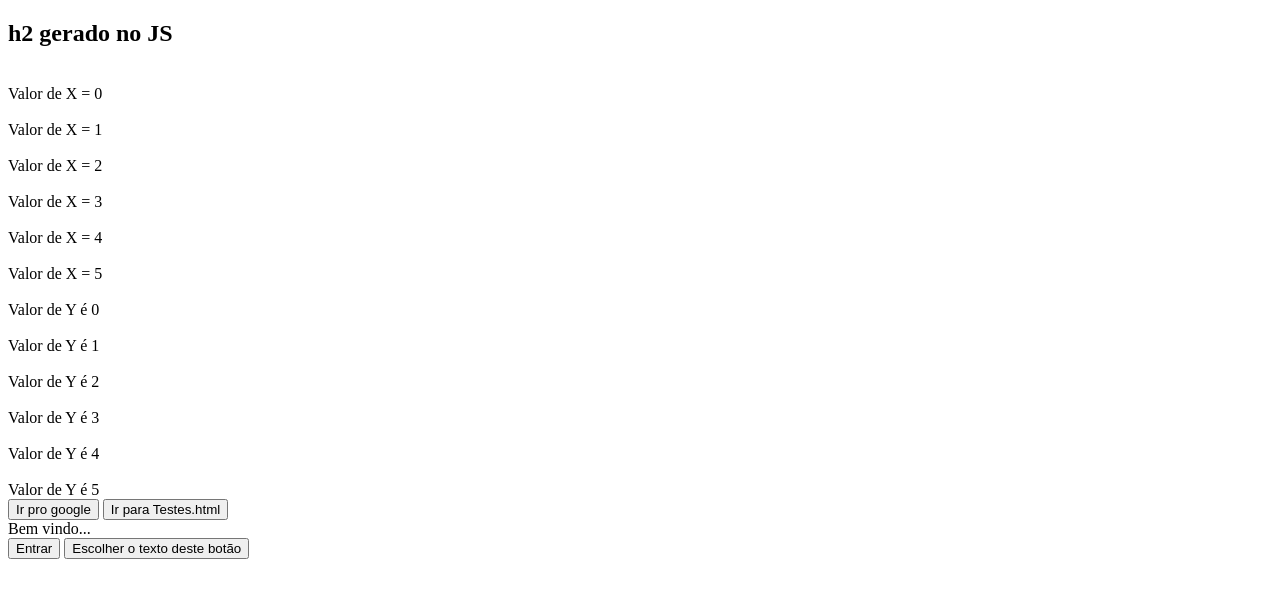
Repository: joaoaspimienta/Testes-e-estudo-de-ReactJS
Page: src/Anotações.html
An editor plug-in stored every save of this project. The page is shown before and after the next save, followed by the edit.
The browser window is 1280 px wide. The pictures show the whole page.

Above is the page before, as saved 2021-12-27 19:57:13.

### src/Anotações.html
<!DOCTYPE html>
  <head>
    <title>Anotações</title>
    <script type="text/javascript" src="script.js"></script>
  </head>

  <body>
    <button onClick="window.location.href='https://www.google.com';">Ir pro google</button>

    <button onClick="window.location.href='Testes.html';">Ir para Testes.html</button>

    <div id="area">Bem vindo...</div>

    <button onClick="document.getElementById('area').innerHTML='Bem vindo, ' + prompt('Qual seu nome?')">Entrar</button>
    <!-- document.write("<h1>lol</h1>") -->

    <button onClick="this.innerHTML= prompt('Escolha o nome deste botão')">Escolher o texto deste botão</button>
  </body>
</html>

### src/script.js
//Gerar coisas na tela
document.write("<h2>h2 gerado no JS</h2>")


//Arrays
var userList = ['EMIYA', 'Code', 'Carvalho', 'DrA'];

userList.indexOf('Carvalho') //2
userList.join(' e ') //EMIYA e Code e Carvalho...
userList.pop() //remove DrA
userList.shift() //remove EMIYA
userList.push('Honda') //add Honda no final

if(userList.indexOf('EMIYA') > -1) {
  console.log('Este nome está na lista')
} else {
  console.log('Este nome não está na lista')
}

console.log(userList)


//Loops

x = 0;
while(x <= 5) {
  document.write('</br> Valor de X = ' + x + '</br>')
  x++
}

for(y = 0; y <= 5; y++){
  document.write('</br> Valor de Y é ' + y + '</br>')
}

After the next save:
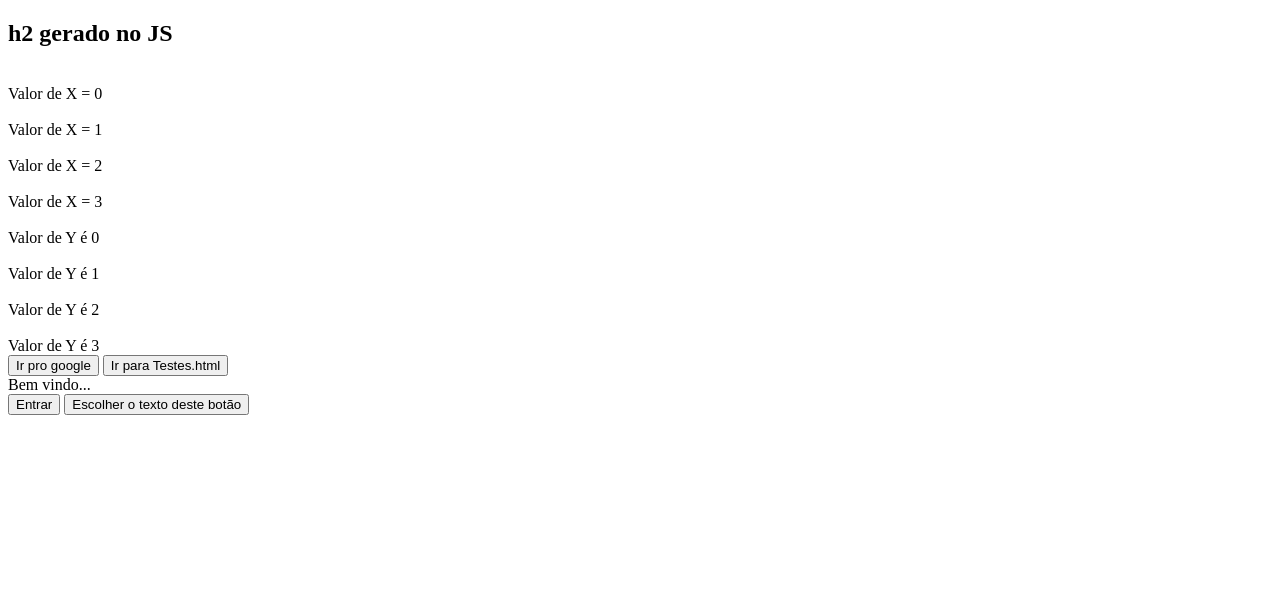
Saved 11 s later.
--- a/src/script.js
+++ b/src/script.js
@@ -23,11 +23,11 @@ console.log(userList)
 //Loops
 
 x = 0;
-while(x <= 5) {
+while(x <= 3) {
   document.write('</br> Valor de X = ' + x + '</br>')
   x++
 }
 
-for(y = 0; y <= 5; y++){
+for(y = 0; y <= 3; y++){
   document.write('</br> Valor de Y é ' + y + '</br>')
 }
